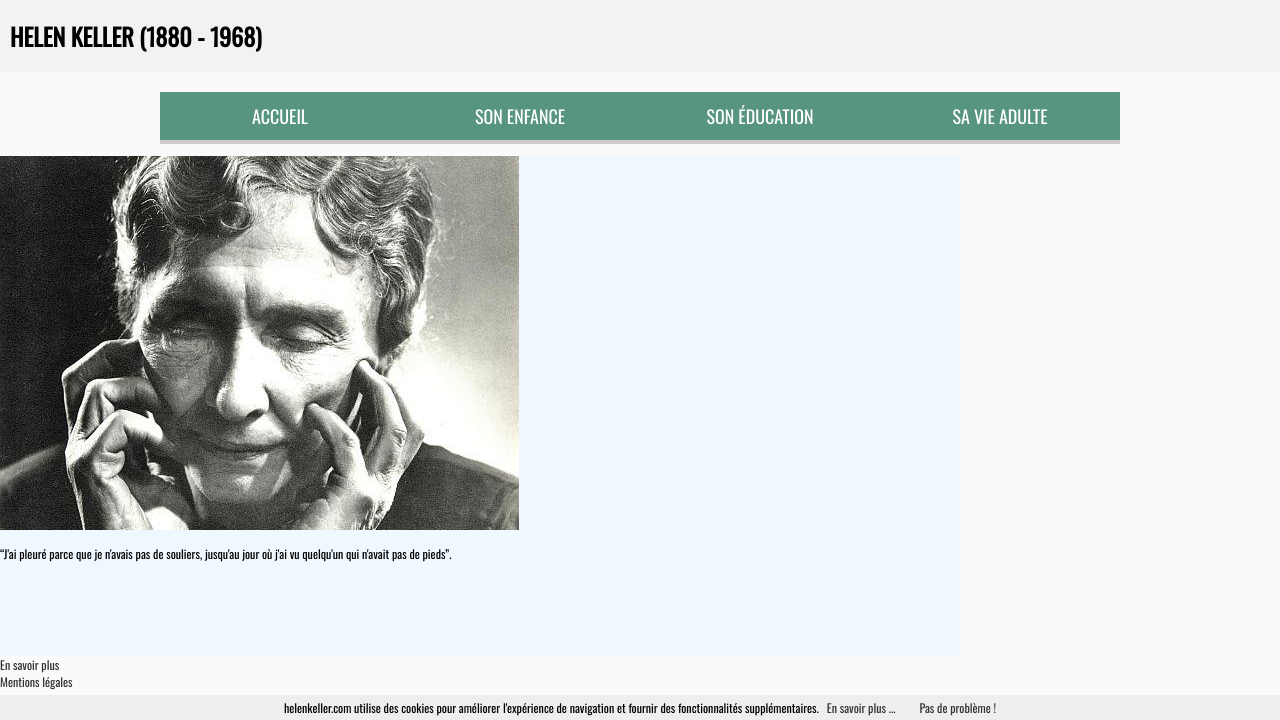
Repository: Luc010/Exercices
Page: HTML CSS/biographie_helen_keller/index.html
These files come from the project's save history. The page is drawn as it stood at one moment and after a run of saves; the edit follows.
The browser window is 1280 px wide. The pictures show the whole page.

Above is the page before, as saved 2019-09-06 09:34:41.

### HTML CSS/biographie_helen_keller/index.html
<!DOCTYPE html>
<html lang="fr">
<head>
    <title>Biographie Helen Keller - Accueil</title>
    <meta charset="UTF-8">
    <meta name="viewport" content="width=device-width, initial-scale=1.0">
    <meta http-equiv="X-UA-Compatible" content="ie=edge">
    <link href="style.css" rel="stylesheet">
</head>
<body>
    <header>
        <div class="brand">
            <h1>HELEN KELLER (1880 - 1968)</h1>
        </div>
    </header>
        <nav>
            <ul class="navbar">
                <li class="navlink"><a href="index.html">Accueil</a></li>
                <li class="navlink"><a href="enfance.html">Son enfance</a></li>
                <li class="navlink"><a href="education.html">Son éducation</a></li>
                <li class="navlink"><a href="adulte.html">Sa vie adulte</a></li>
            </ul>
        </nav>
        <main>
            <div class="container">
                <p><img src="img/hk.jpg" alt="helen Keller portrait"></p>
                <p>“J'ai pleuré parce que je n'avais pas de souliers, jusqu'au jour où j'ai vu quelqu'un qui n'avait pas de
                    pieds”.
                </p>
            </div>
        </main>
        <footer>
            <div class="container"></div>
                <!-- ul>li*5>a{lien$} -->
                <ul>
                    <li><a href="savoirplus.html">En savoir plus</a></li>
                    <li><a href="mentions.html">Mentions légales</a></li>
                </ul>
            </div>
        </footer>
    <script src="cookiechoices.js"></script>
    <script>document.addEventListener('DOMContentLoaded', function(event) {
        cookieChoices.showCookieConsentBar('helenkeller.com utilise des cookies pour améliorer l\'expérience de navigation et fournir des fonctionnalités supplémentaires.',
          'Pas de problème !', 'En savoir plus ...', 'http://127.0.0.1:5500/biographie_helen_keller/adulte.html');
      });
    </script>
</body>
</html>

### HTML CSS/biographie_helen_keller/style.css
@import url('https://fonts.googleapis.com/css?family=Oswald&display=swap');
/* GENERAL */

* {
    box-sizing: border-box;
}

body {
    margin: 0;
    padding: 0;
    background-color: #fafafa;
    font-size: 12px;
    font-family: 'Oswald', corbel, calibri, sans-serif;
}

h1 {
    margin: 0;
}

a {
    text-decoration: none;
    color: #323232;
}

ul, li {
    list-style: none;
    margin: 0;
    padding: 0;
}

nav {
    width: 960px;
    margin: 20px auto 0 auto;
}

main {
    width: 960px;
    min-height: 500px;
    background-color: aliceblue;
}

.navbar {
    text-align: center;
    display: flex;
    justify-content: space-between;
}

.navlink {
    width: 100%;
    font-size: 18px;
    background-color: #589482;
    line-height: 48px;
    text-transform: uppercase;
    font-weight: 500;
}

.navlink:hover {
    background-color: #323232;
}

.navlink>a {
    color: white;
}

ul>.navlink {
    border-bottom: solid 4px #ccc;
}

/* HEADER */

header {
    background-color: #f2f2f2;
    height: 72px;
    display: flex;
    align-items: center;
}

.brand {
    text-indent: 10px;
}

/* BODY */

### HTML CSS/biographie_helen_keller/cookiechoices.js
/*
 Copyright 2014 Google Inc. All rights reserved.

 Licensed under the Apache License, Version 2.0 (the "License");
 you may not use this file except in compliance with the License.
 You may obtain a copy of the License at

 http://www.apache.org/licenses/LICENSE-2.0

 Unless required by applicable law or agreed to in writing, software
 distributed under the License is distributed on an "AS IS" BASIS,
 WITHOUT WARRANTIES OR CONDITIONS OF ANY KIND, either express or implied.
 See the License for the specific language governing permissions and
 limitations under the License.
 */

(function(window) {

  if (!!window.cookieChoices) {
    return window.cookieChoices;
  }

  var document = window.document;
  // IE8 does not support textContent, so we should fallback to innerText.
  var supportsTextContent = 'textContent' in document.body;

  var cookieChoices = (function() {

    var cookieName = 'displayCookieConsent';
    var cookieConsentId = 'cookieChoiceInfo';
    var dismissLinkId = 'cookieChoiceDismiss';

    function _createHeaderElement(cookieText, dismissText, linkText, linkHref) {
      var butterBarStyles = 'position:fixed;width:100%;background-color:#eee;' +
          'margin:0; left:0; bottom:0;padding:4px;z-index:1000;text-align:center;';

      var cookieConsentElement = document.createElement('div');
      cookieConsentElement.id = cookieConsentId;
      cookieConsentElement.style.cssText = butterBarStyles;
      cookieConsentElement.appendChild(_createConsentText(cookieText));

      if (!!linkText && !!linkHref) {
        cookieConsentElement.appendChild(_createInformationLink(linkText, linkHref));
      }
      cookieConsentElement.appendChild(_createDismissLink(dismissText));
      return cookieConsentElement;
    }

    function _createDialogElement(cookieText, dismissText, linkText, linkHref) {
      var glassStyle = 'position:fixed;width:100%;height:100%;z-index:999;' +
          'top:0;left:0;opacity:0.5;filter:alpha(opacity=50);' +
          'background-color:#ccc;';
      var dialogStyle = 'z-index:1000;position:fixed;left:50%;top:50%';
      var contentStyle = 'position:relative;left:-50%;margin-top:-25%;' +
          'background-color:#fff;padding:20px;box-shadow:4px 4px 25px #888;';

      var cookieConsentElement = document.createElement('div');
      cookieConsentElement.id = cookieConsentId;

      var glassPanel = document.createElement('div');
      glassPanel.style.cssText = glassStyle;

      var content = document.createElement('div');
      content.style.cssText = contentStyle;

      var dialog = document.createElement('div');
      dialog.style.cssText = dialogStyle;

      var dismissLink = _createDismissLink(dismissText);
      dismissLink.style.display = 'block';
      dismissLink.style.textAlign = 'right';
      dismissLink.style.marginTop = '8px';

      content.appendChild(_createConsentText(cookieText));
      if (!!linkText && !!linkHref) {
        content.appendChild(_createInformationLink(linkText, linkHref));
      }
      content.appendChild(dismissLink);
      dialog.appendChild(content);
      cookieConsentElement.appendChild(glassPanel);
      cookieConsentElement.appendChild(dialog);
      return cookieConsentElement;
    }

    function _setElementText(element, text) {
      if (supportsTextContent) {
        element.textContent = text;
      } else {
        element.innerText = text;
      }
    }

    function _createConsentText(cookieText) {
      var consentText = document.createElement('span');
      _setElementText(consentText, cookieText);
      return consentText;
    }

    function _createDismissLink(dismissText) {
      var dismissLink = document.createElement('a');
      _setElementText(dismissLink, dismissText);
      dismissLink.id = dismissLinkId;
      dismissLink.href = '#';
      dismissLink.style.marginLeft = '24px';
      return dismissLink;
    }

    function _createInformationLink(linkText, linkHref) {
      var infoLink = document.createElement('a');
      _setElementText(infoLink, linkText);
      infoLink.href = linkHref;
      infoLink.target = '_blank';
      infoLink.style.marginLeft = '8px';
      return infoLink;
    }

    function _dismissLinkClick() {
      _saveUserPreference();
      _removeCookieConsent();
      return false;
    }

    function _showCookieConsent(cookieText, dismissText, linkText, linkHref, isDialog) {
      if (_shouldDisplayConsent()) {
        _removeCookieConsent();
        var consentElement = (isDialog) ?
            _createDialogElement(cookieText, dismissText, linkText, linkHref) :
            _createHeaderElement(cookieText, dismissText, linkText, linkHref);
        var fragment = document.createDocumentFragment();
        fragment.appendChild(consentElement);
        document.body.appendChild(fragment.cloneNode(true));
        document.getElementById(dismissLinkId).onclick = _dismissLinkClick;
      }
    }

    function showCookieConsentBar(cookieText, dismissText, linkText, linkHref) {
      _showCookieConsent(cookieText, dismissText, linkText, linkHref, false);
    }

    function showCookieConsentDialog(cookieText, dismissText, linkText, linkHref) {
      _showCookieConsent(cookieText, dismissText, linkText, linkHref, true);
    }

    function _removeCookieConsent() {
      var cookieChoiceElement = document.getElementById(cookieConsentId);
      if (cookieChoiceElement != null) {
        cookieChoiceElement.parentNode.removeChild(cookieChoiceElement);
      }
    }

    function _saveUserPreference() {
      // Set the cookie expiry to one year after today.
      var expiryDate = new Date();
      expiryDate.setFullYear(expiryDate.getFullYear() + 1);
      document.cookie = cookieName + '=y; expires=' + expiryDate.toGMTString();
    }

    function _shouldDisplayConsent() {
      // Display the header only if the cookie has not been set.
      return !document.cookie.match(new RegExp(cookieName + '=([^;]+)'));
    }

    var exports = {};
    exports.showCookieConsentBar = showCookieConsentBar;
    exports.showCookieConsentDialog = showCookieConsentDialog;
    return exports;
  })();

  window.cookieChoices = cookieChoices;
  return cookieChoices;
})(this);

After the next 2 saves:
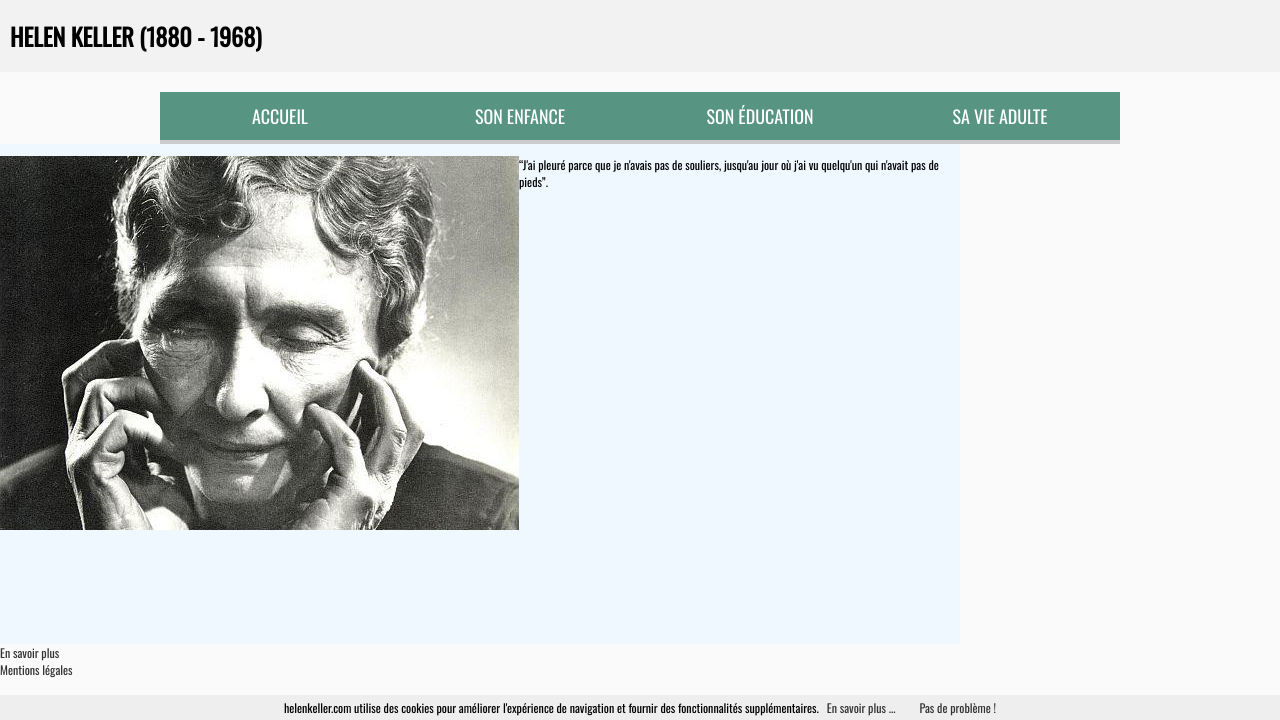
The 2 saves are shown as one change because they came seconds apart.
The last was saved 7 s later.
--- a/HTML CSS/biographie_helen_keller/style.css
+++ b/HTML CSS/biographie_helen_keller/style.css
@@ -80,3 +80,7 @@ header {
 }
 
 /* BODY */
+.container{
+    display: flex;
+    justify-content: center;
+}

After the save that followed:
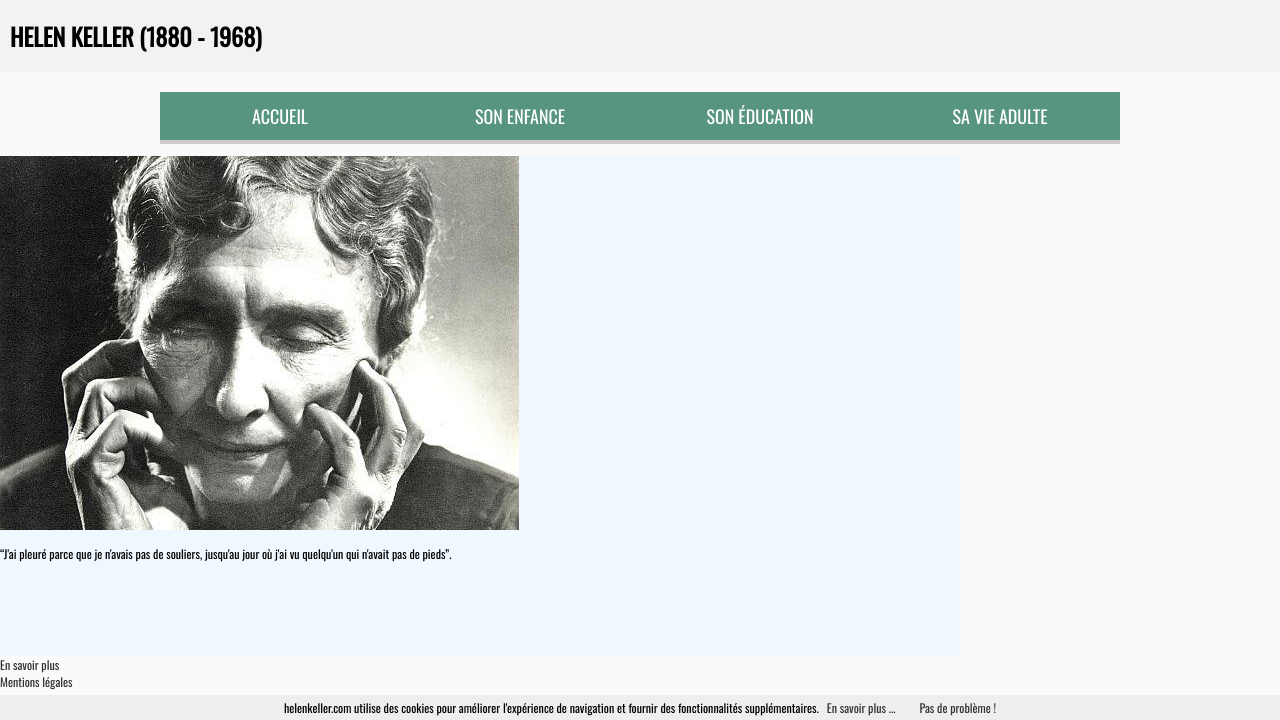
Saved 12 s later.
--- a/HTML CSS/biographie_helen_keller/style.css
+++ b/HTML CSS/biographie_helen_keller/style.css
@@ -80,7 +80,3 @@ header {
 }
 
 /* BODY */
-.container{
-    display: flex;
-    justify-content: center;
-}
